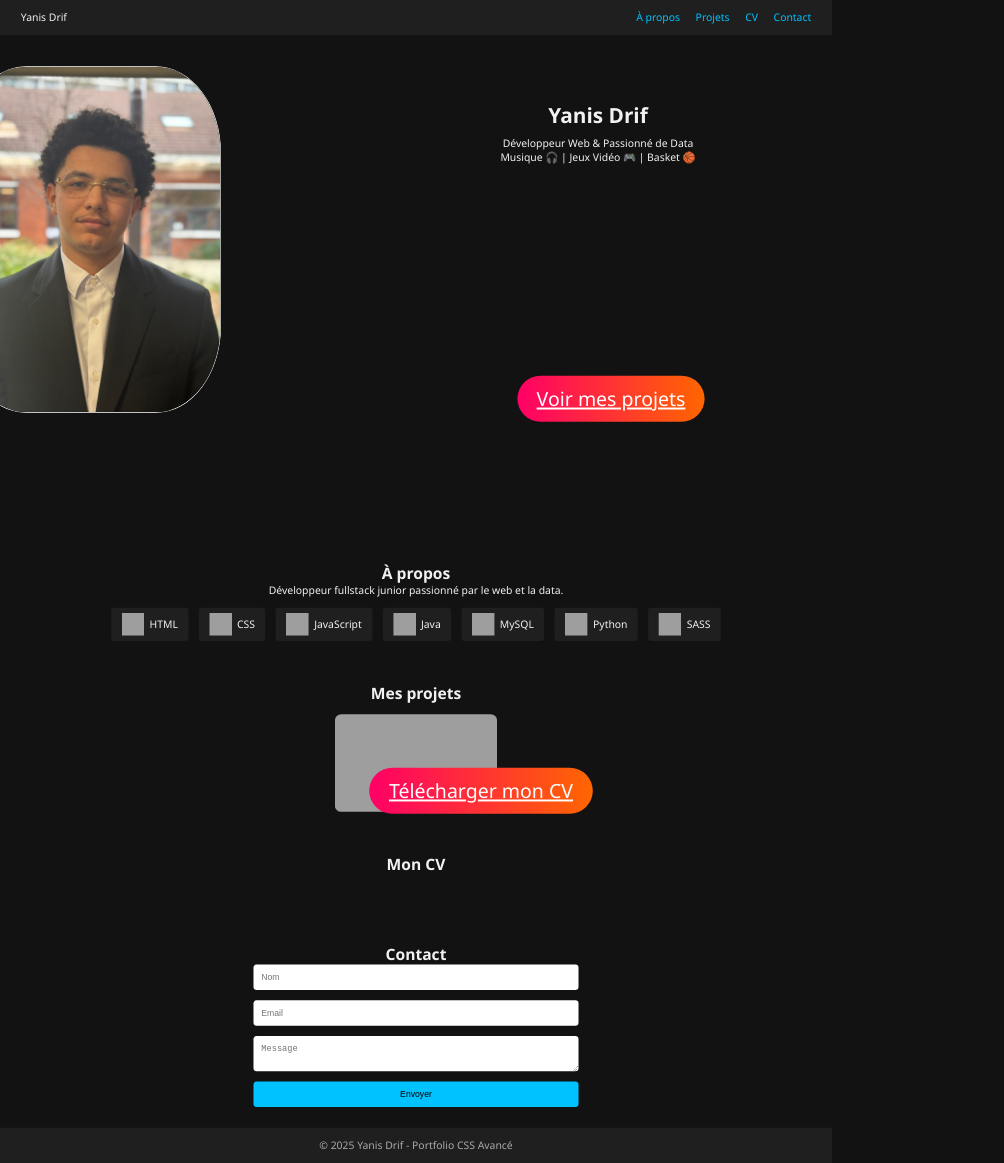
Repository: Yxniiss/ProjetCssAvance
Page: OneDrive/Bureau/Portfolio DrifYanis/home.html
An editor plug-in stored every save of this project. The page is shown before and after the next save, followed by the edit.
The browser window is 1280 px wide. The page is 1544 px wide, so the pictures cover 1544 px, including what lies to the right of the window. The pictures show the whole page, at 65% of full size.
Pictures or frames that could not be fetched are drawn as grey boxes.

Above is the page before, as saved 2025-04-10 10:42:13.
Console error: TypeError: Cannot set properties of null (setting 'textContent')

### OneDrive/Bureau/Portfolio DrifYanis/home.html
<!DOCTYPE html>
<html lang="fr">
<head>
  <meta charset="UTF-8" />
  <meta name="viewport" content="width=device-width, initial-scale=1.0" />
  <title>Portfolio - Yanis Drif</title>
  <link rel="stylesheet" href="/style.css" />
  <script defer src="/script.js"></script>
</head>
<body>
  <nav class="navbar">
    <div class="logo">Yanis Drif</div>
    <ul class="nav-links">
      <li><a href="#apropos">À propos</a></li>
      <li><a href="#projets">Projets</a></li>
      <li><a href="#cv">CV</a></li>
      <li><a href="#contact">Contact</a></li>
    </ul>
  </nav>

  <header class="hero">
    <img src="/image/IMG_0965 (2).jpeg" alt="Photo de profil" class="hero__image" />
    <div class="hero__content">
      <h1 class="hero__name">Yanis Drif</h1>
      <p class="hero__tagline">Développeur <span>Web</span> & Passionné de Data</p>
      <p class="hero__desc">Musique 🎧 | Jeux Vidéo 🎮 | Basket 🏀</p>
      <a href="#projets" class="btn">Voir mes projets</a>
    </div>
  </header>

  <section id="apropos" class="section about">
    <h2>À propos</h2>
    <p>Développeur fullstack junior passionné par le web et la data.</p>
    <div class="skills">
      <div class="skill"><img src="https://devicon-website.vercel.app/api/html5/original-wordmark.svg" alt="HTML">HTML</div>
      <div class="skill"><img src="https://devicon-website.vercel.app/api/css3/original-wordmark.svg" alt="CSS">CSS</div>
      <div class="skill"><img src="https://devicon-website.vercel.app/api/javascript/original.svg" alt="JavaScript">JavaScript</div>
      <div class="skill"><img src="https://devicon-website.vercel.app/api/java/original-wordmark.svg" alt="Java">Java</div>
      <div class="skill"><img src="https://devicon-website.vercel.app/api/mysql/plain-wordmark.svg" alt="MySQL">MySQL</div>
      <div class="skill"><img src="https://devicon-website.vercel.app/api/python/original-wordmark.svg" alt="Python">Python</div>
      <div class="skill"><img src="https://devicon-website.vercel.app/api/sass/original.svg" alt="SASS">SASS</div>
    </div>
  </section>

  <section id="projets" class="section projets">
    <h2>Mes projets</h2>
    <div class="projects carousel">
      <img src="img/Capture d'écran 2025-04-09 23345.png" alt="Projet 1"/>
      <img src="/img/Capture d'écran 2025-04-09 12402 (1).png" alt="Projet 2" />
      <img src="/img/ChatGPT Image 9 avr. 2025, 23_49_51.png" alt="Projet 3" />
    </div>
  </section>

  <section id="cv" class="section cv">
    <h2>Mon CV</h2>
    <a href="/doc/CV Yanis (1) (1).pdf" download class="btn2">Télécharger mon CV</a>
  </section>

  <section id="contact" class="section contact">
    <h2>Contact</h2>
    <form class="contact-form">
      <input type="text" placeholder="Nom" required />
      <input type="email" placeholder="Email" required />
      <textarea placeholder="Message" required></textarea>
      <button type="submit">Envoyer</button>
    </form>
  </section>

  <footer>
    <p>&copy; 2025 Yanis Drif - Portfolio CSS Avancé</p>
  </footer>
</body>
</html>

### OneDrive/Bureau/Portfolio DrifYanis/style.css
* {
    margin: 0;
    padding: 0;
    box-sizing: border-box;
  }

  body {
    font-family: "Segoe UI", sans-serif;
    background-color: #121212;
    color: #f1f1f1;
  }

  .navbar {
    display: flex;
    justify-content: space-between;
    padding: 1rem 2rem;
    background-color: #1f1f1f;
  }

  .nav-links {
    display: flex;
    list-style: none;
    gap: 1.5rem;
  }

  .nav-links a {
    color: #00c2ff;
    text-decoration: none;
  }

  .hero {
    padding: 3rem 1rem;
    text-align: center;

  }

  .hero__name{
    position: relative;
    left: 280px;
    bottom:500px;

  }

  .hero__tagline{
    position: relative;
    left:280px;
    bottom:490px;
  }

  .hero__desc{
    position: relative;
    left:280px;
    bottom:490px;}

  .hero__image {
    border-radius: 25%;
    width: 400px;
    border: 1px solid #ffffff;
    margin-bottom: 1rem;
    position: relative;
    right:500px ;
  }

  .section {
    padding: 2rem 1rem;
    text-align: center;
  }

  .projects {
    display: flex;
    justify-content: center;
    gap: 1rem;
    flex-wrap: wrap;
    margin-top: 1rem;
  }

  .projects img {
    width: 250px;
    height: 150px;
    -o-object-fit: cover;
       object-fit: cover;
    border-radius: 10px;
  }

  .skills {
    display: flex;
    flex-wrap: wrap;
    gap: 1rem;
    justify-content: center;
    margin-top: 1rem;
  }

  .skill {
    display: flex;
    align-items: center;
    gap: 0.5rem;
    background-color: #1f1f1f;
    padding: 0.5rem 1rem;
    border-radius: 5px;
  }

  .skill img {
    width: 35px;
    height: 35px;
  }

  footer {
    padding: 1rem;
    text-align: center;
    background-color: #1f1f1f;
    color: #aaa;
  }

  .btn {
    padding: 15px 30px;
    font-size: 30px;
    position: relative;
    left: 300px;
    bottom:150px;
    color:white;
    background: linear-gradient(90deg, #ff0066, #ff6600);
    border:none;
    border-radius: 50px;
    cursor: pointer;
    box-shadow: 0 4px 15px rgba(255,0,102,0);
    transition: box-shadow 0.3s ease, transform 0.3s ease;
  }

  .btn:hover{
    box-shadow: 0 10px 20px rgba(255,0,102,0.5);
    transform: translateY(-3px);
  }

  .btn2 {
    padding: 15px 30px;
    font-size: 30px;
    position: relative;
    left: 100px;
    bottom:150px;
    color:white;
    background: linear-gradient(90deg, #ff0066, #ff6600);
    border:none;
    border-radius: 50px;
    cursor: pointer;
    box-shadow: 0 4px 15px rgba(255,0,102,0);
    transition: box-shadow 0.3s ease, transform 0.3s ease;
  }

  .btn2:hover{
    box-shadow: 0 10px 20px rgba(255,0,102,0.5);
    transform: translateY(-3px);
  }


  .contact-form {
    max-width: 500px;
    margin: auto;
    display: flex;
    flex-direction: column;
    gap: 1rem;
  }

  .contact-form input,
  .contact-form textarea {
    padding: 0.75rem;
    border: none;
    border-radius: 5px;
  }

  .contact-form button {
    background-color: #00c2ff;
    color: #000;
    padding: 0.75rem;
    border: none;
    border-radius: 5px;
    cursor: pointer;
  }

  .start h1{
    text-align: left;
    margin-top: 100px;
    font-size: 35px;
    margin-left: 100px;
  }

  .start h2{
    text-align: left;
    margin-top: 1px;
    font-size: 70px;
    margin-left: 100px;
  }

  .start h3{
    text-align: left;
    margin-top: 1px;
    font-size: 35px;
    margin-left: 100px;
  }

  #mot {
    color:#00c2ff;
  }

  #cursor{
    display: inline-block;
    width: 10px;
    background-color:black;
    animation: blink 0.8s step-end infinite;
  }

  @keyframes blink{
    50% {
      opacity: 0;
    }
  }

  @keyframes typing{
    from{
      width: 0;
    }
    to{
      width: 100%;
    }
  }

  #main{
    opacity: 0;
    transform: translateY(0);
    transition: opacity 5s ease, transform 5s ease;
  }

  body.loaded #main{
    opacity: 1;
    transform: translateY(0);
  }


  .start p{
    text-align: left;
    margin-left: 100px;
    margin-top: 20px;
    font-size: 20px;
  }

  .ntwrks {
    position: absolute;
    top: 410px;
    left: 110px;
    display: flex;
    flex-wrap: wrap;
    gap: 1rem;
  }

  .ntwrk {
    display: flex;
    align-items: center;
    gap: 0.5rem;
    background-color: #1f1f1f;
    padding: 1rem 1rem;
    border-radius: 100px;
    transition: 0.3s ease, opacity 0.3s ease;
  }

  .ntwrk:hover{
    transform: scale(1.2);
    opacity: 0.8;
  }

  .ntwrk img {
    width: 30px;
    height: 30px;
  }

  .modern-button{
    background-color:#00c2ff;
    font-size: 16px;
    font-weight: bold;
    border:none;
    padding: 15px 30px;
    border-radius: 25px;
    cursor: pointer;
    outline: none;
    position: relative;
    right:550px;
    top:120px;
    animation:glow 1.5s infinite alternate;
    transition: 0.3s ease, opacity 0.3s ease;
  }

  .modern-button a{
    color:white;
    text-decoration: none;
  }

  .modern-button:hover{
    transform: scale(1.2);
    opacity: 1;
  }

  @keyframes glow{
    0%{
      box-shadow: 0 0 10px 5px rgba(0, 194, 255, 0.6), 0 0 20px 10px rgba(0, 194, 255, 0.4);
    }
    100%{
      box-shadow: 0 0 20px 10px rgba(0, 194, 255, 1), 0 0 30px 15px rgba(0, 194, 255, 0.8);
    }
  }

  .image{
    max-width: 30%;
    position: relative;
    bottom: 350px;
    left: 350px;
  }

### OneDrive/Bureau/Portfolio DrifYanis/script.js

document.addEventListener('DOMContentLoaded', () => {
    // Scroll fluide
    document.querySelectorAll('a[href^="#"]').forEach(anchor => {
      anchor.addEventListener('click', function (e) {
        e.preventDefault();
        const target = document.querySelector(this.getAttribute('href'));
        if (target) {
          target.scrollIntoView({ behavior: 'smooth' });
        }
      });
    });

    // Carrousel automatique
    const images = document.querySelectorAll('.carousel img');
    let currentIndex = 0;

    function showSlide(index) {
      images.forEach((img, i) => {
        img.style.display = i === index ? 'block' : 'none';
      });
    }

    function nextSlide() {
      currentIndex = (currentIndex + 1) % images.length;
      showSlide(currentIndex);
    }

    if (images.length > 0) {
      showSlide(currentIndex);
      setInterval(nextSlide, 3000); // change every 3 seconds
    }
  });

  const mot = ["Etudiant", "Developpeur web", "Pasionné de code","Developpeur fullstack"];
  let index = 0;
  const element = document.getElementById("mot");
  const cursor = document.getElementById("cursor");

  let typingInterval;
  let currentWord = "";
  let currentCharIndex = 0;

  function  commencerTypingAnimation(){
    currentWord=mot[index];
    currentCharIndex = 0;
    element.textContent = '';

    typingInterval = setInterval(() =>{
      element.textContent += currentWord.charAt(currentCharIndex);
      currentCharIndex++;

      if(currentCharIndex === currentWord.length){
        clearInterval(typingInterval);
        setTimeout(changerMot,1000);
      }
    },150);
  }

  function changerMot(){
    element.textContent=mot[index];
    index++;
    if(index===mot.length){
      index=0;
    }
    commencerTypingAnimation();
  }
  commencerTypingAnimation();

  window.addEventListener('load', function () {
    document.body.classList.add('loaded');
  });

After the next save:
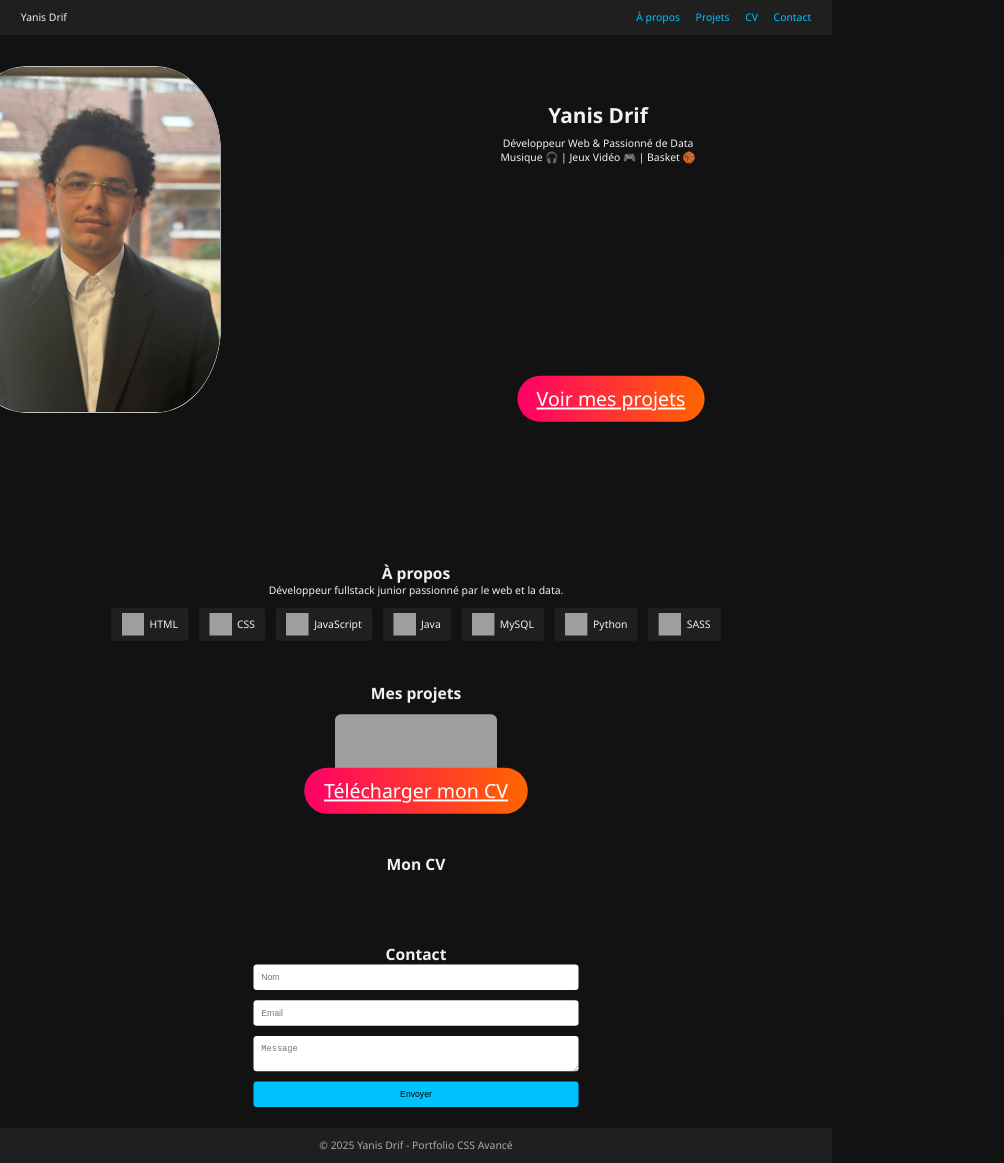
Saved 4 s later.
--- a/OneDrive/Bureau/Portfolio DrifYanis/style.css
+++ b/OneDrive/Bureau/Portfolio DrifYanis/style.css
@@ -135,7 +135,7 @@
     padding: 15px 30px;
     font-size: 30px;
     position: relative;
-    left: 100px;
+    left: 0px;
     bottom:150px;
     color:white;
     background: linear-gradient(90deg, #ff0066, #ff6600);
